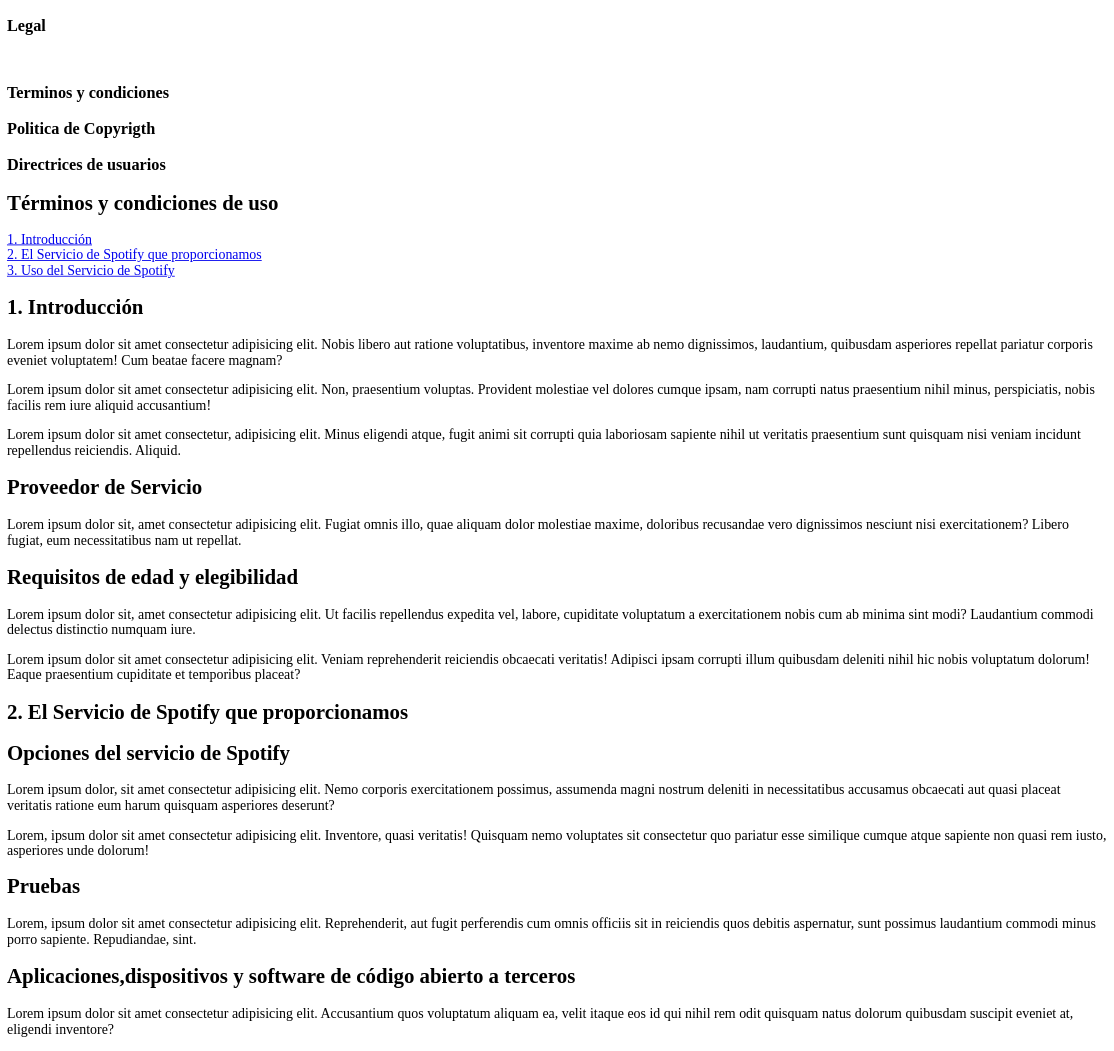
Repository: Devbenitez/Gen_30
Page: Gen_30/Maquetado/practicas/index.html
These files come from the project's save history. The page is drawn as it stood at one moment and after the next save; the edit follows.
The browser window is 1280 px wide. The pictures show the whole page, at 87% of full size.

Above is the page before, as saved 2023-11-07 23:13:23.

### Gen_30/Maquetado/practicas/index.html
<!DOCTYPE html>
<html lang="es">
    <meta charset="UTF-8" />
    <meta name="descripción" content="=practica1"/>
    <meta name="author" content="danielbenitez" />
<head>
<title>Practica spotify</title>
</head>
<body>
<main>
<h3><b>Legal</b></h3><br />
<h3>Terminos y condiciones</h3>
<h3>Politica de Copyrigth</h3>
<h3>Directrices de usuarios</h3>
</main>
<section>
    <h1>Términos y condiciones de uso</h1>
</section>
<section>
    <a href="#1. Introducción">1. Introducción</a><br />
    <a href="#2. El Servicio de Spotify que proporcionamos">2. El Servicio de Spotify que proporcionamos</a><br />
    <a href="#3. Uso del Servicio de Spotify">3. Uso del Servicio de Spotify</a><br />
</section>
<section>
    <h1>1. Introducción</h1>
    <p>
        Lorem ipsum dolor sit amet consectetur adipisicing elit. Nobis libero aut ratione voluptatibus, inventore maxime ab nemo dignissimos, laudantium, quibusdam asperiores repellat pariatur corporis eveniet voluptatem! Cum beatae facere magnam?
    </p>
    <p>
        Lorem ipsum dolor sit amet consectetur adipisicing elit. Non, praesentium voluptas. Provident molestiae vel dolores cumque ipsam, nam corrupti natus praesentium nihil minus, perspiciatis, nobis facilis rem iure aliquid accusantium!
    </p>
    <p>
        Lorem ipsum dolor sit amet consectetur, adipisicing elit. Minus eligendi atque, fugit animi sit corrupti quia laboriosam sapiente nihil ut veritatis praesentium sunt quisquam nisi veniam incidunt repellendus reiciendis. Aliquid.
    </p>
    <h2>Proveedor de Servicio</h2>
    <p>
        Lorem ipsum dolor sit, amet consectetur adipisicing elit. Fugiat omnis illo, quae aliquam dolor molestiae maxime, doloribus recusandae vero dignissimos nesciunt nisi exercitationem? Libero fugiat, eum necessitatibus nam ut repellat.
    </p>
    <h2>Requisitos de edad y elegibilidad</h2>
    <p>
        Lorem ipsum dolor sit, amet consectetur adipisicing elit. Ut facilis repellendus expedita vel, labore, cupiditate voluptatum a exercitationem nobis cum ab minima sint modi? Laudantium commodi delectus distinctio numquam iure.
    </p>
    <p>
        Lorem ipsum dolor sit amet consectetur adipisicing elit. Veniam reprehenderit reiciendis obcaecati veritatis! Adipisci ipsam corrupti illum quibusdam deleniti nihil hic nobis voluptatum dolorum! Eaque praesentium cupiditate et temporibus placeat?
    </p>

    <h1>2. El Servicio de Spotify que proporcionamos</h1>
    <h2>Opciones del servicio de Spotify</h2>
    <p>
        Lorem ipsum dolor, sit amet consectetur adipisicing elit. Nemo corporis exercitationem possimus, assumenda magni nostrum deleniti in necessitatibus accusamus obcaecati aut quasi placeat veritatis ratione eum harum quisquam asperiores deserunt?
    </p>
    <p>
        Lorem, ipsum dolor sit amet consectetur adipisicing elit. Inventore, quasi veritatis! Quisquam nemo voluptates sit consectetur quo pariatur esse similique cumque atque sapiente non quasi rem iusto, asperiores unde dolorum!
    </p>
    <h2>Pruebas</h2>
    <p>
        Lorem, ipsum dolor sit amet consectetur adipisicing elit. Reprehenderit, aut fugit perferendis cum omnis officiis sit in reiciendis quos debitis aspernatur, sunt possimus laudantium commodi minus porro sapiente. Repudiandae, sint.
    </p>
    <h2>Aplicaciones,dispositivos y software de código abierto a terceros</h2>
    <p>
        Lorem ipsum dolor sit amet consectetur adipisicing elit. Accusantium quos voluptatum aliquam ea, velit itaque eos id qui nihil rem odit quisquam natus dolorum quibusdam suscipit eveniet at, eligendi inventore?
    </p>
</section>


</body>
</html>

After the next save:
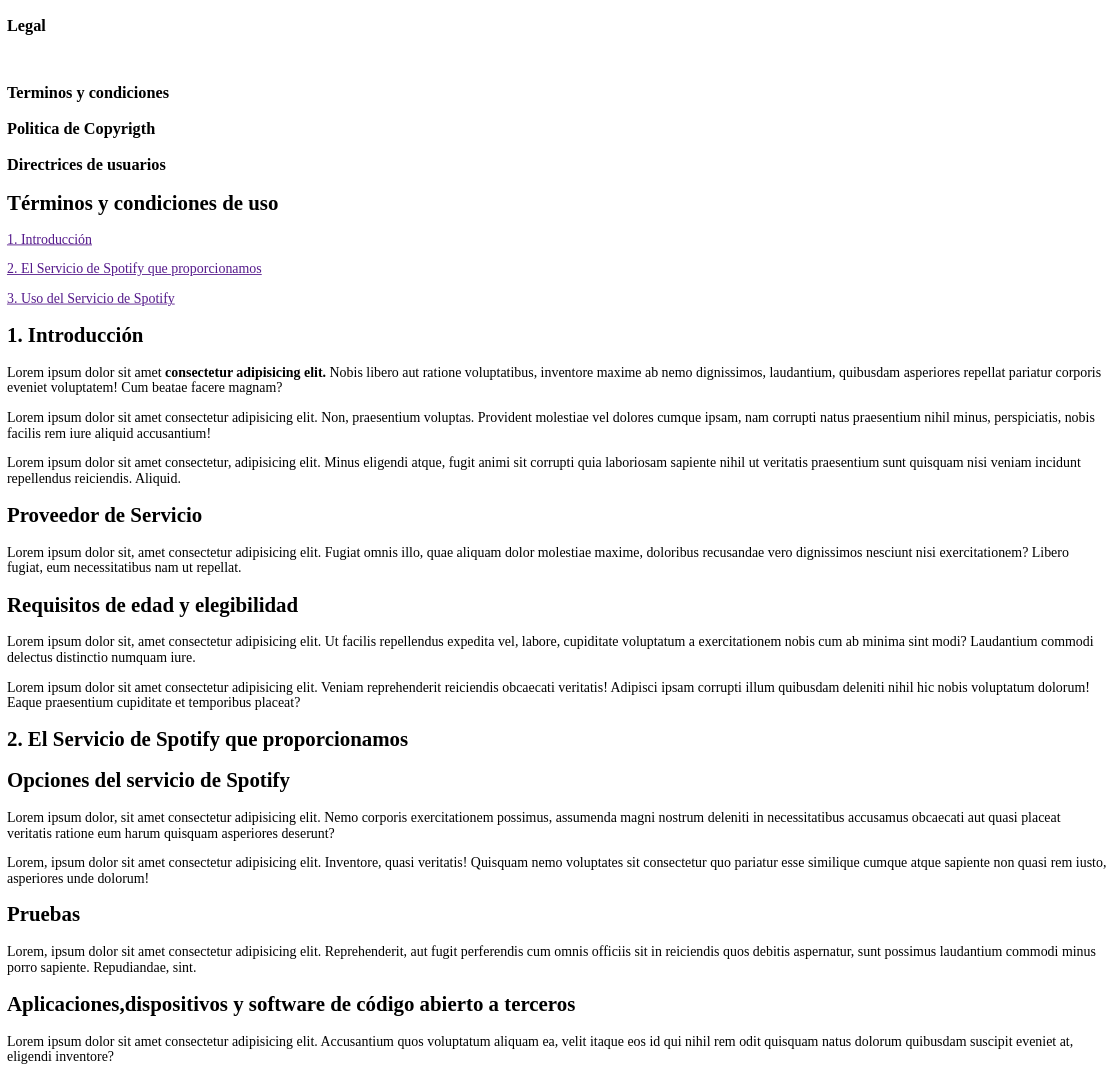
Saved 15 min 55 s later.
--- a/Gen_30/Maquetado/practicas/index.html
+++ b/Gen_30/Maquetado/practicas/index.html
@@ -17,14 +17,14 @@
     <h1>Términos y condiciones de uso</h1>
 </section>
 <section>
-    <a href="#1. Introducción">1. Introducción</a><br />
-    <a href="#2. El Servicio de Spotify que proporcionamos">2. El Servicio de Spotify que proporcionamos</a><br />
-    <a href="#3. Uso del Servicio de Spotify">3. Uso del Servicio de Spotify</a><br />
+    <p><a href="">1. Introducción</a></p>
+    <p><a href="">2. El Servicio de Spotify que proporcionamos</a></p>
+    <p><a href="">3. Uso del Servicio de Spotify</a></p>
 </section>
 <section>
     <h1>1. Introducción</h1>
     <p>
-        Lorem ipsum dolor sit amet consectetur adipisicing elit. Nobis libero aut ratione voluptatibus, inventore maxime ab nemo dignissimos, laudantium, quibusdam asperiores repellat pariatur corporis eveniet voluptatem! Cum beatae facere magnam?
+        Lorem ipsum dolor sit amet <b>consectetur adipisicing elit.</b> Nobis libero aut ratione voluptatibus, inventore maxime ab nemo dignissimos, laudantium, quibusdam asperiores repellat pariatur corporis eveniet voluptatem! Cum beatae facere magnam?
     </p>
     <p>
         Lorem ipsum dolor sit amet consectetur adipisicing elit. Non, praesentium voluptas. Provident molestiae vel dolores cumque ipsam, nam corrupti natus praesentium nihil minus, perspiciatis, nobis facilis rem iure aliquid accusantium!
